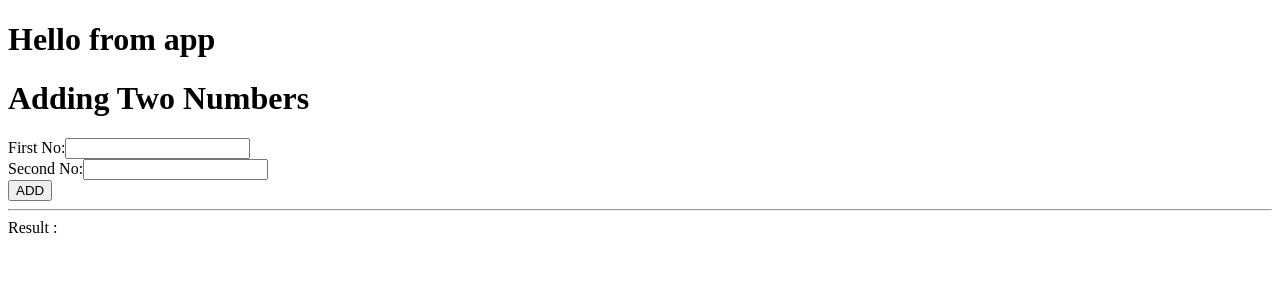
Repository: 1sanjeetsharma/cult-fit-clone
Page: /
These files come from the project's save history. The page is drawn as it stood at one moment and after a run of saves; the edit follows.
The browser window is 1280 px wide. The pictures show the whole page.
The project was rebuilt for these pictures with package versions that can differ from the ones it lists, and the page was loaded fresh each time. Also part of the build but not shown: vite.config.js.

Above is the page before, as saved 2023-06-12 11:34:14.

After the next 2 saves:
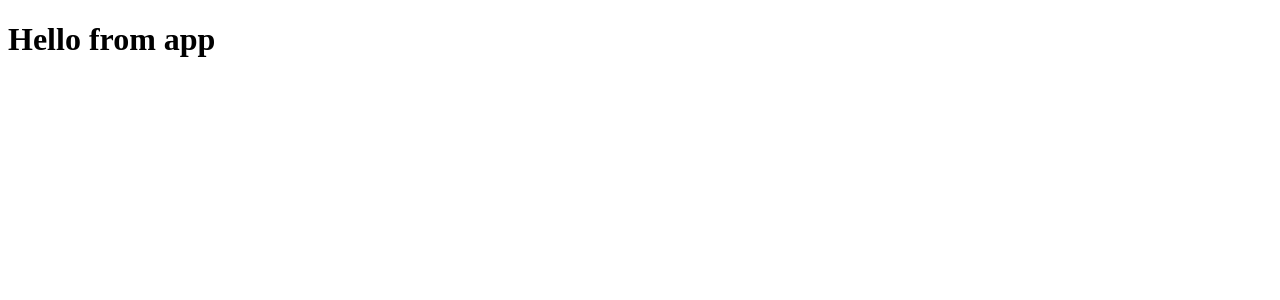
The 2 saves are shown as one change because they came seconds apart.
The last was saved 4 min 23 s later.
--- a/src/App.jsx
+++ b/src/App.jsx
@@ -1,9 +1,9 @@
-import Add from "./Add";
+// import Add from "./Add";
 function App() {
   return (
     <>
       <h1>Hello from app</h1>
-      <Add />
+      {/* <Add /> */}
     </>
   );
 }
